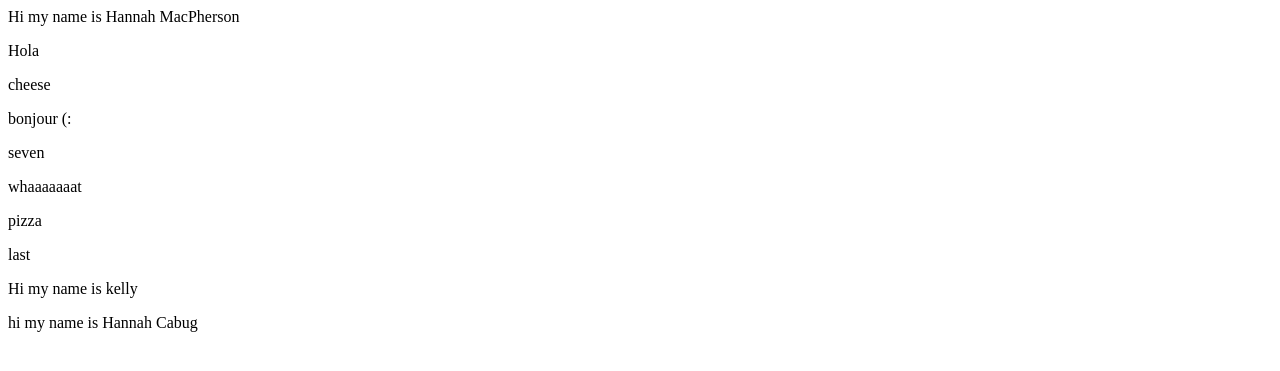
Repository: KellyMenzul/lab-4
Page: index.html
The author's editor kept a copy of each file at every save. The page is drawn from the files as they stood at one save, then again after a run of saves.
The browser window is 1280 px wide. The pictures show the whole page.

Above is the page before, as saved 2021-04-07 17:52:20.

After the next 2 saves:
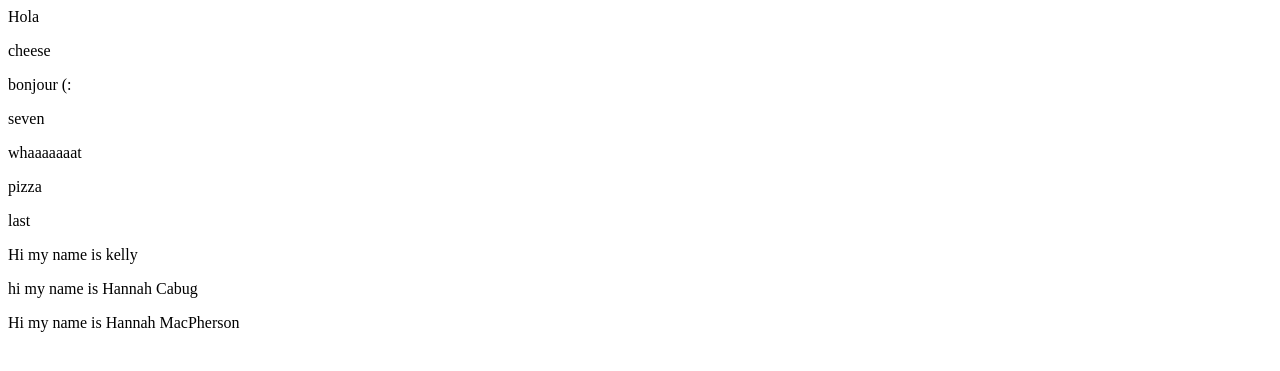
The 2 saves are shown as one change because they came seconds apart.
The last was saved 6 s later.
--- a/index.html
+++ b/index.html
@@ -66,11 +66,10 @@
                     },2000)
 
                     setTimeout(function(){
-
+                        var p3 = document.createElement("p")
+                        p3.innerHTML = c.responseText
+                        document.body.appendChild(p3)
                     },3000)
-                    var p3 = document.createElement("p")
-                    p3.innerHTML = c.responseText
-                    document.body.appendChild(p3)
 
                     var p4 = document.createElement("p")
                     p4.innerHTML = d.responseText
